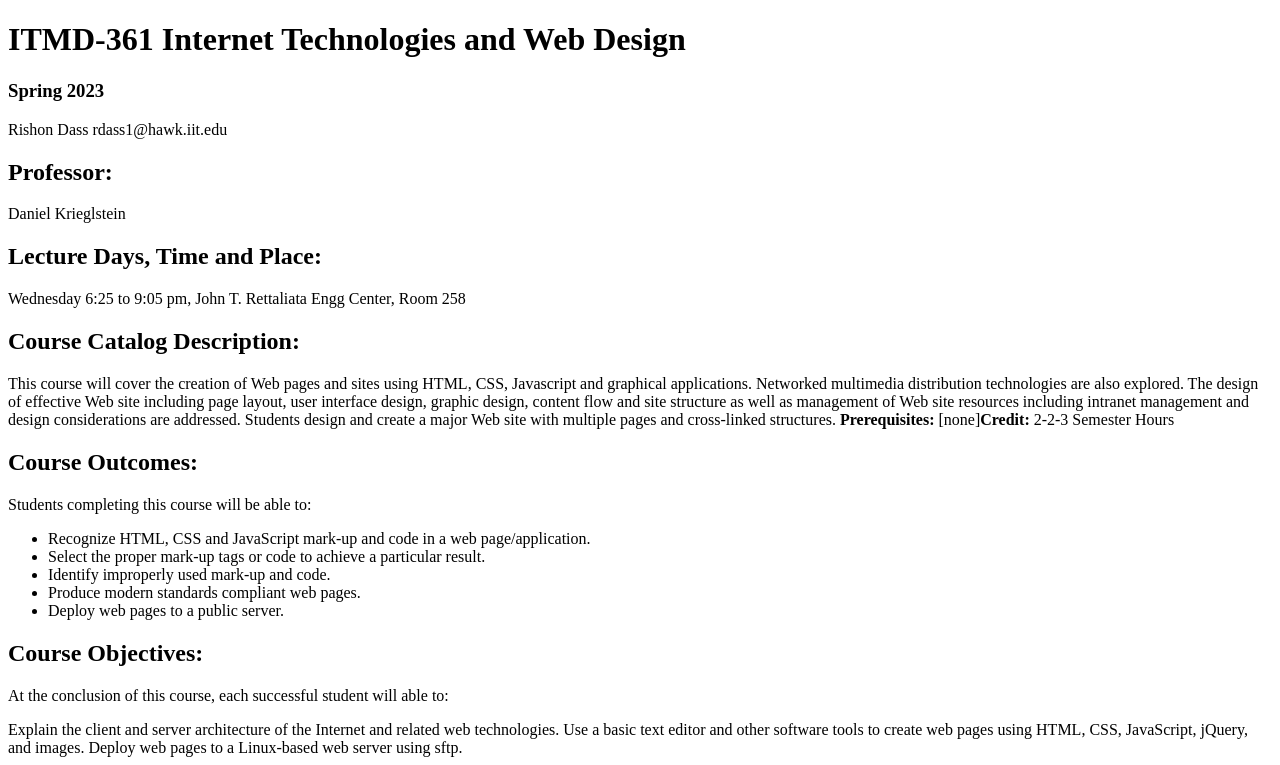
Repository: rishondass/ITMD361-Lab2
Page: lab2raw_text.html
The author's editor kept a copy of each file at every save. The page is drawn from the files as they stood at one save, then again after the next save.
The browser window is 1280 px wide. The pictures show the whole page.

Above is the page before, as saved 2023-01-13 14:11:24.

### lab2raw_text.html
<!DOCTYPE html>
<html lang="en">
<head>
    <meta charset="UTF-8">
    <meta http-equiv="X-UA-Compatible" content="IE=edge">
    <meta name="viewport" content="width=device-width, initial-scale=1.0">
    <title>ITMD-361 Internet Technologies and Web Design</title>
</head>
<body>
    <h1>
        ITMD-361 Internet Technologies and Web Design
    </h1>
    <h3>
        Spring 2023
    </h3>
    <p>
        Rishon Dass rdass1@hawk.iit.edu
    </p>
    <h2>
        Professor:
    </h2>
    <p>
        Daniel Krieglstein
    </p>
    <h2>
        Lecture Days, Time and Place:
    </h2>
    <p>
        Wednesday 6:25 to 9:05 pm, John T. Rettaliata Engg Center, Room 258
    </p>
    <h2>
        Course Catalog Description:
    </h2>
    <p>
        This course will cover the creation of Web pages and sites using HTML, CSS, Javascript and graphical applications. Networked multimedia distribution technologies are also explored. The design of effective Web site including page layout, user interface design, graphic design, content flow and site structure as well as management of Web site resources including intranet management and design considerations are addressed. Students design and create a major Web site with multiple pages and cross-linked structures. <strong>Prerequisites:</strong> [none]<strong>Credit:</strong> 2-2-3 Semester Hours
    </p>
    <h2>
        Course Outcomes:
    </h2>
    <p>
        Students completing this course will be able to:
    </p>
    <ul>
        <li>Recognize HTML, CSS and JavaScript mark-up and code in a web page/application.</li>
        <li>Select the proper mark-up tags or code to achieve a particular result.</li>
        <li>Identify improperly used mark-up and code.</li>
        <li>Produce modern standards compliant web pages.</li>
        <li>Deploy web pages to a public server.</li>
    </ul>
    <h2>
        Course Objectives:
    </h2>
    <p>
        At the conclusion of this course, each successful student will able to:
    </p>
</body>
</html>
















Explain the client and server architecture of the Internet and related web technologies.
Use a basic text editor and other software tools to create web pages using HTML, CSS, JavaScript, jQuery, and images.
Deploy web pages to a Linux-based web server using sftp.</li>

After the next save:
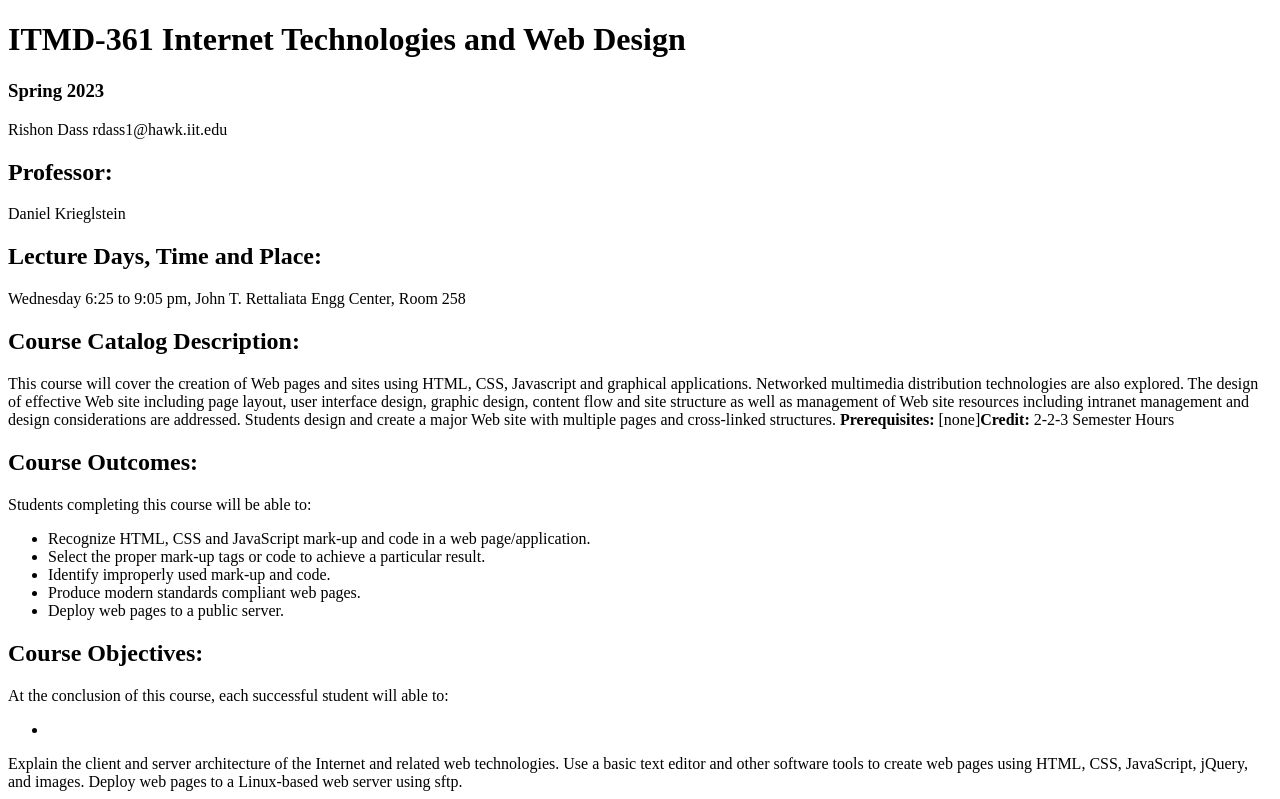
Saved 6 s later.
--- a/lab2raw_text.html
+++ b/lab2raw_text.html
@@ -53,6 +53,9 @@
     <p>
         At the conclusion of this course, each successful student will able to:
     </p>
+    <ul>
+        <li></li>
+    </ul>
 </body>
 </html>
 
